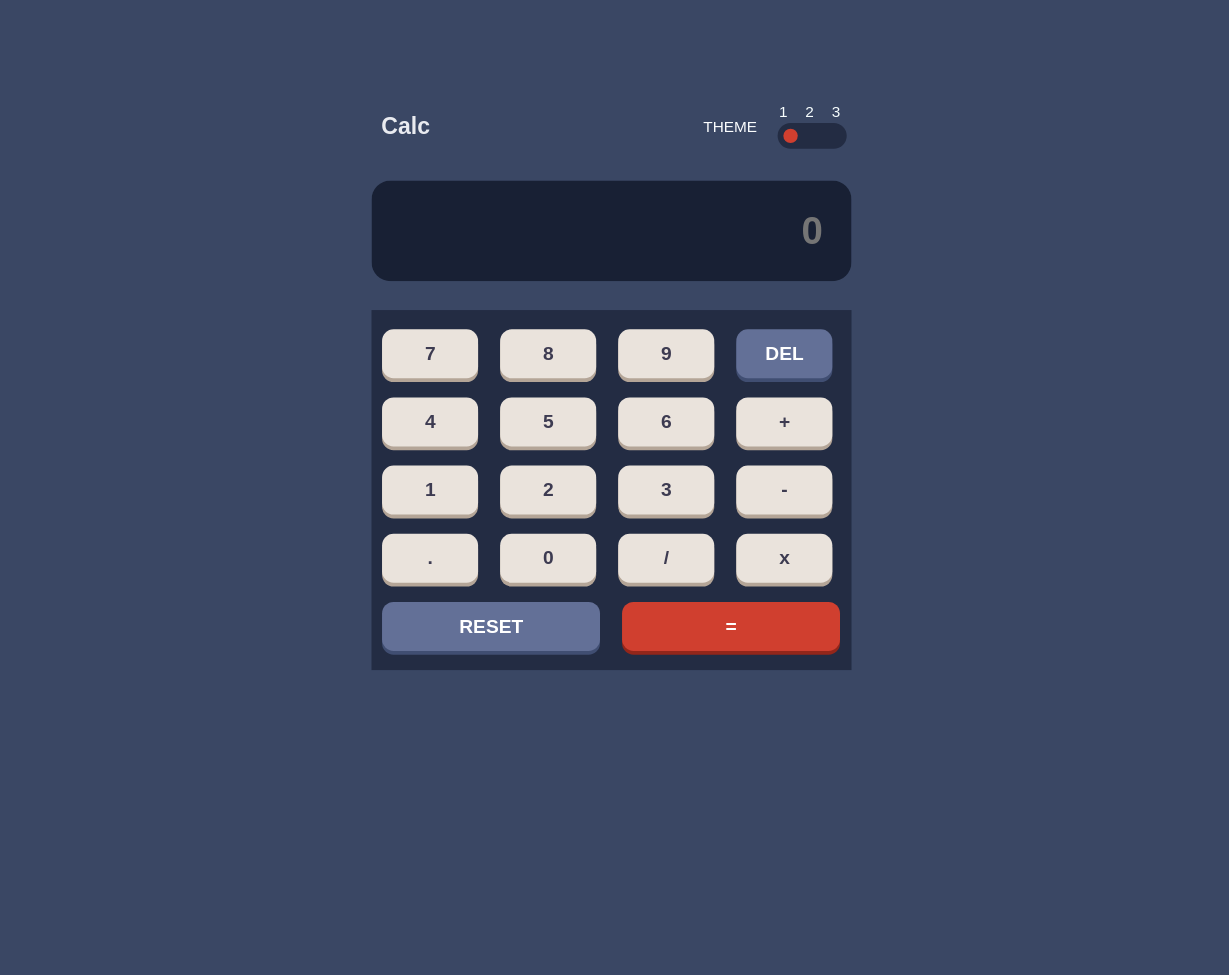
Repository: Bakyproit/Calcutor
Page: index.html
The author's editor kept a copy of each file at every save. The page is drawn from the files as they stood at one save, then again after a run of saves.
The browser window is 1280 px wide. The pictures show the whole page, at 96% of full size.

Above is the page before, as saved 2022-02-11 16:49:41.

After the next 2 saves:
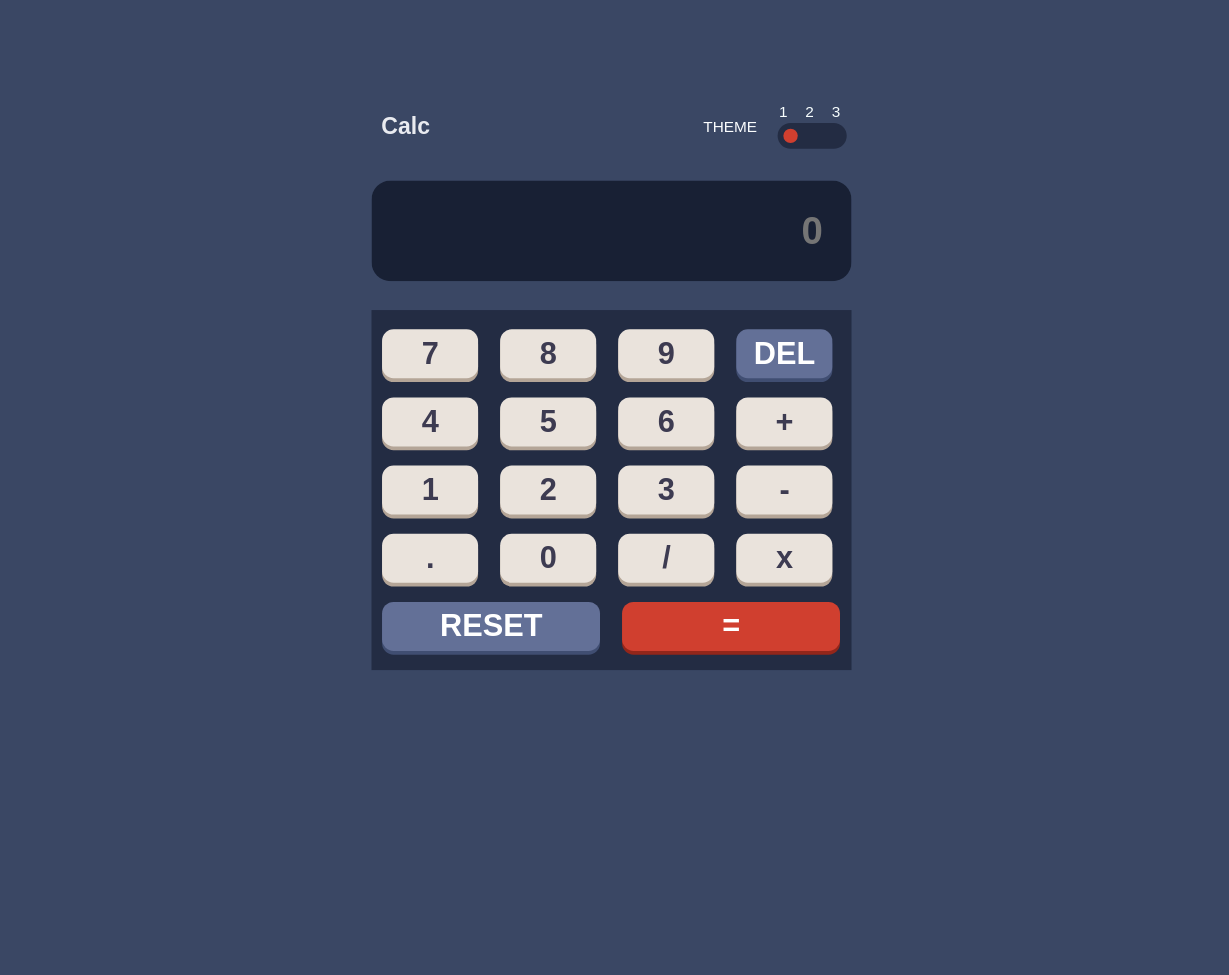
The 2 saves are shown as one change because they came seconds apart.
The last was saved 28 s later.
--- a/App.css
+++ b/App.css
@@ -133,7 +133,7 @@ body{
 }
 .number{
     color: #3d3b51;
-    font-size: 20px;
+    font-size: 32px;
     font-weight: 800;
 }
 .app__content-number-footer{
